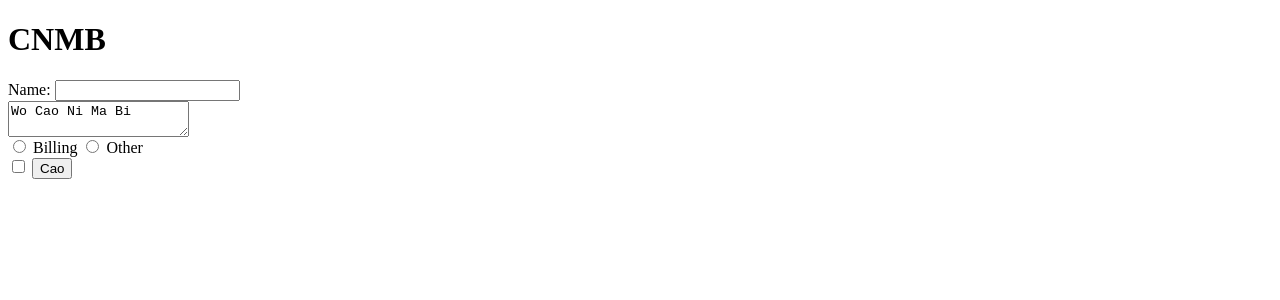
Repository: FWBMKII/csc207
Page: cnmb/cnmb.html
These files come from the project's save history. The page is drawn as it stood at one moment and after the next save; the edit follows.
The browser window is 1280 px wide. The pictures show the whole page.

Above is the page before, as saved 2015-04-27 19:39:45.

After the next save:
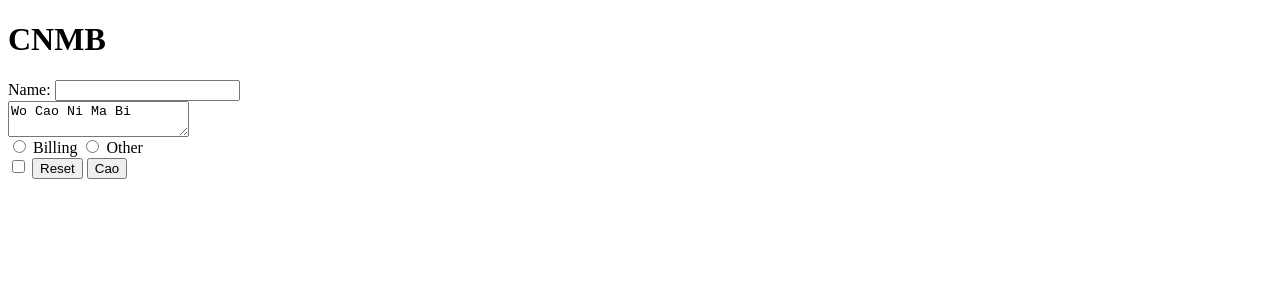
Saved 38 s later.
--- a/cnmb/cnmb.html
+++ b/cnmb/cnmb.html
@@ -14,7 +14,7 @@
 		<input type="radio" name="address" value="other"> Other
 		<br/>
 		<input type="checkbox" name="over18"/>
-
+		<input type="reset"/>
 		<input type="submit" value="Cao"/>
 	</form>
 </body>
